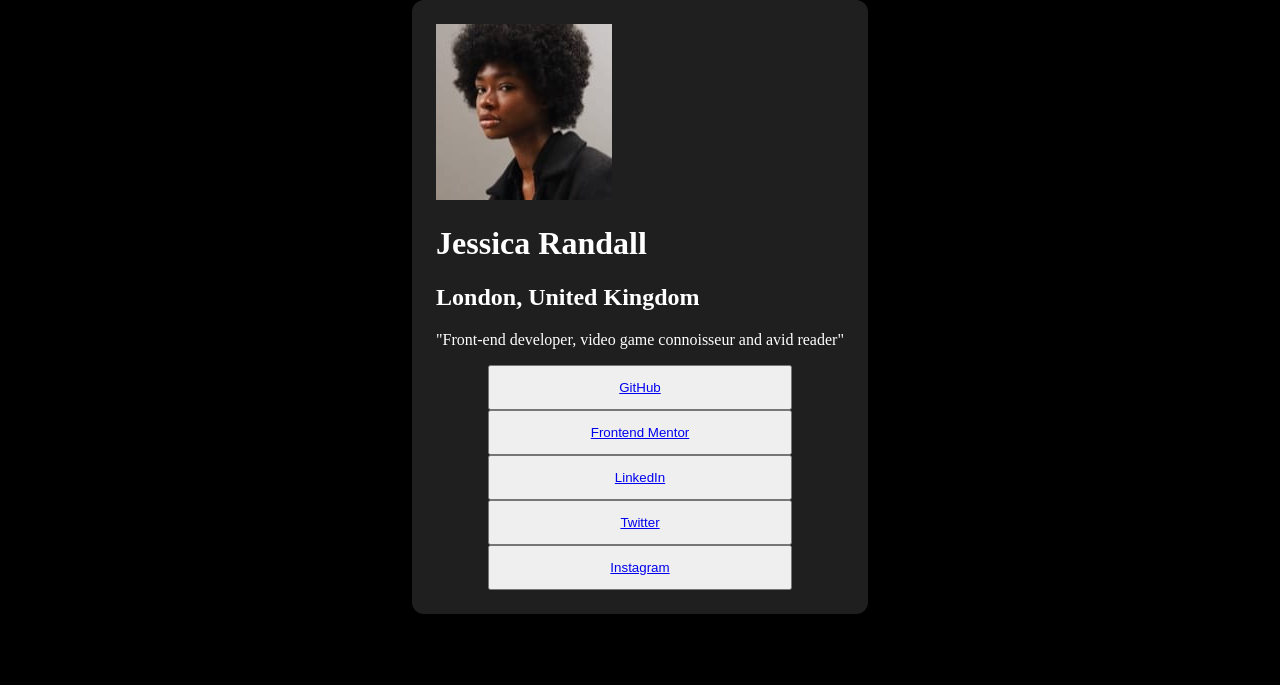
Repository: brandontaylor1/social-links-profile
Page: index.html
These files come from the project's save history. The page is drawn as it stood at one moment and after the next save; the edit follows.
The browser window is 1280 px wide. The pictures show the whole page.

Above is the page before, as saved 2024-12-25 17:05:57.

### index.html
<!DOCTYPE html>
<html lang="en">
<head>
    <meta charset="UTF-8">
    <meta name="viewport" content="width=device-width, initial-scale=1.0">
    <link rel="preconnect" href="https://fonts.googleapis.com">
    <link rel="preconnect" href="https://fonts.gstatic.com" crossorigin>
    <link href="https://fonts.googleapis.com/css2?family=Inter:ital,opsz,wght@0,14..32,100..900;1,14..32,100..900&display=swap" rel="stylesheet">
    <link rel="stylesheet" href="styles.css">
    <title>Social Links Profile</title>
</head>
<body>
    <main class="container">
        <div class="profile-content">
            <div class="img-container">
                <img src="./images/avatar-jessica.jpeg" alt="profile-pic">
            </div>
            <div class="profile-text">
                <h1>Jessica Randall</h1>
                <h2>London, United Kingdom</h2>
            </div>
            <p>"Front-end developer, video game connoisseur and avid reader"</p>
        </div>
        <div class="social-link-button-container">
            <button class="social-link-button"><a href="#">GitHub</a></button>
            <button class="social-link-button"><a href="#">Frontend Mentor</a></button>
            <button class="social-link-button"><a href="#">LinkedIn</a></button>
            <button class="social-link-button"><a href="#">Twitter</a></button>
            <button class="social-link-button"><a href="#">Instagram</a></button>
        </div>
    </main>

    <script src="index.js"></script>
</body>
</html>

### styles.css
:root {
    --gray-900: #141414;
    --gray-800: #1F1F1F;
    --gray-700: #333333;

    --color-white: #FFFFFF;
    --color-black: #000000;

    --color-green: #C4F82A;

}

body {
    box-sizing: border-box;
    margin: 0;
    padding: 0;
    background-color: black;
    display: flex;
    justify-content: center;
    align-items: center;
    background-color: var(--color-black);
}

.container {
    background-color: var(--gray-800);
    color: var(--color-white);
    display: flex;
    flex-direction: column;
    justify-content: center;
    align-items: center;
    border-radius: 12px;
    padding: 24px;
}


.social-link-button-container {
    display: flex;
    flex-direction: column;
    justify-content: center;
    align-items: center;

}

.social-link-button {
    width: 304px;
    height: 45px;
}

Loaded but not shown: index.js (no stored copy; drawn as an empty file)

After the next save:
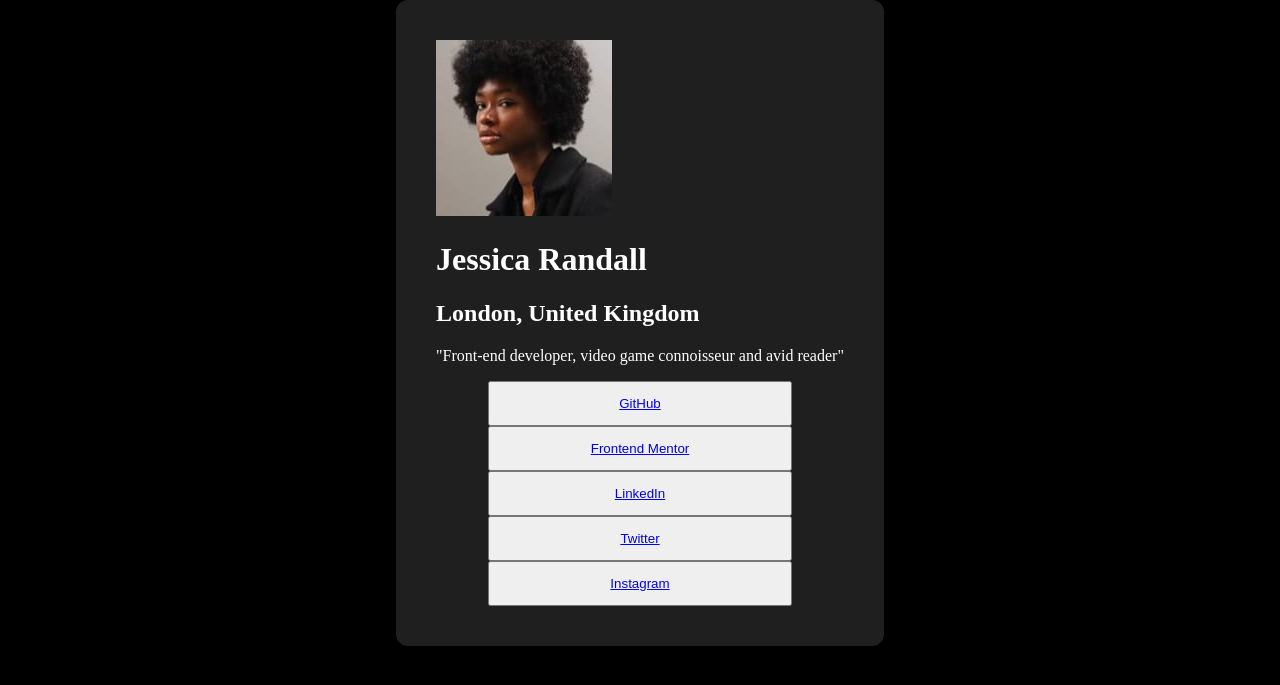
Saved 5 s later.
--- a/styles.css
+++ b/styles.css
@@ -29,7 +29,7 @@ body {
     justify-content: center;
     align-items: center;
     border-radius: 12px;
-    padding: 24px;
+    padding: 40px;
 }
 
 
